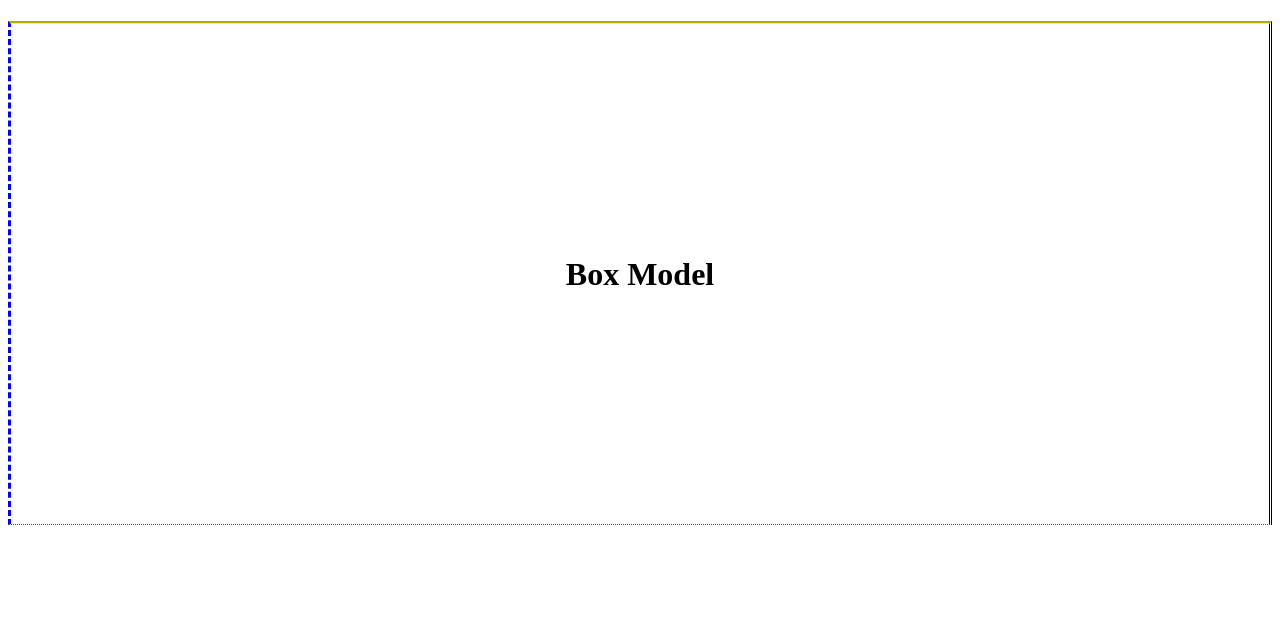
Repository: lbj0314/webTest
Page: Css_1/WebContent/css_6.html
The author's editor kept a copy of each file at every save. The page is drawn from the files as they stood at one save, then again after the next save.
The browser window is 1280 px wide. The pictures show the whole page.

Above is the page before, as saved 2019-10-16 05:36:26.

After the next save:
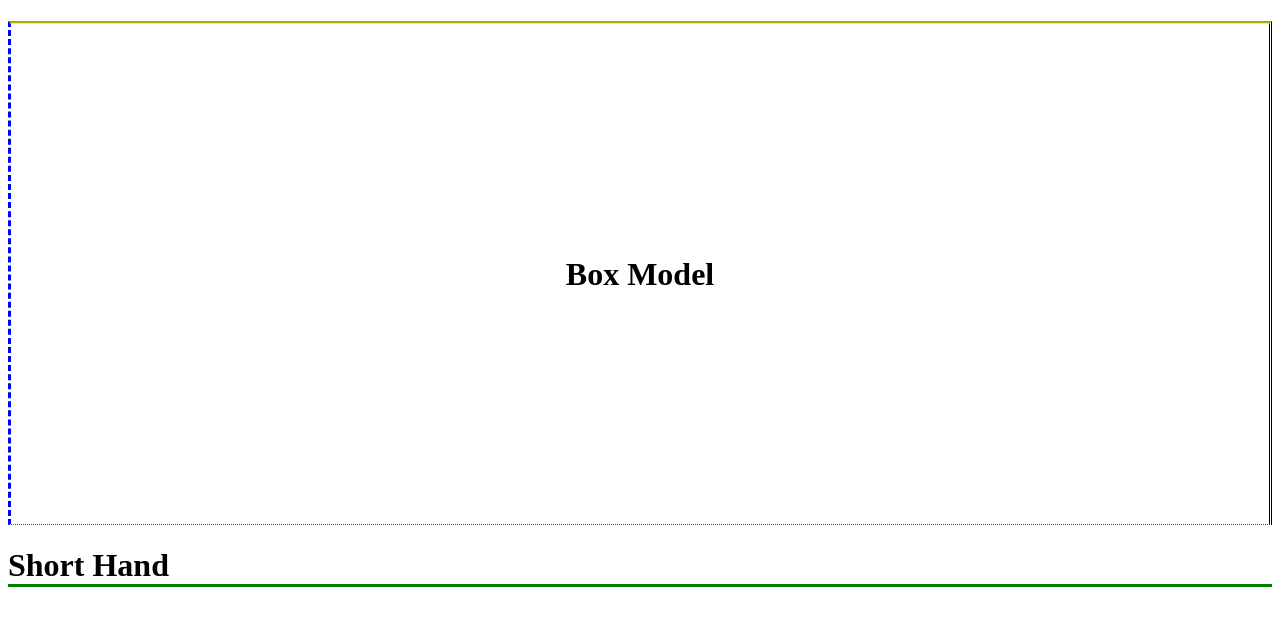
Saved 2 min 14 s later.
--- a/Css_1/WebContent/css_6.html
+++ b/Css_1/WebContent/css_6.html
@@ -22,9 +22,15 @@
 	border-top-width: 3px;
 	border-top-style: groove;
 	}
+	#b2{
+		border-bottom: 3px green solid;
+
+	}
+
 </style>
 </head>
 <body>
 	<h1 id="b1">Box Model</h1>
+	<h1 id="b2">Short Hand</h1>
 </body>
 </html>
